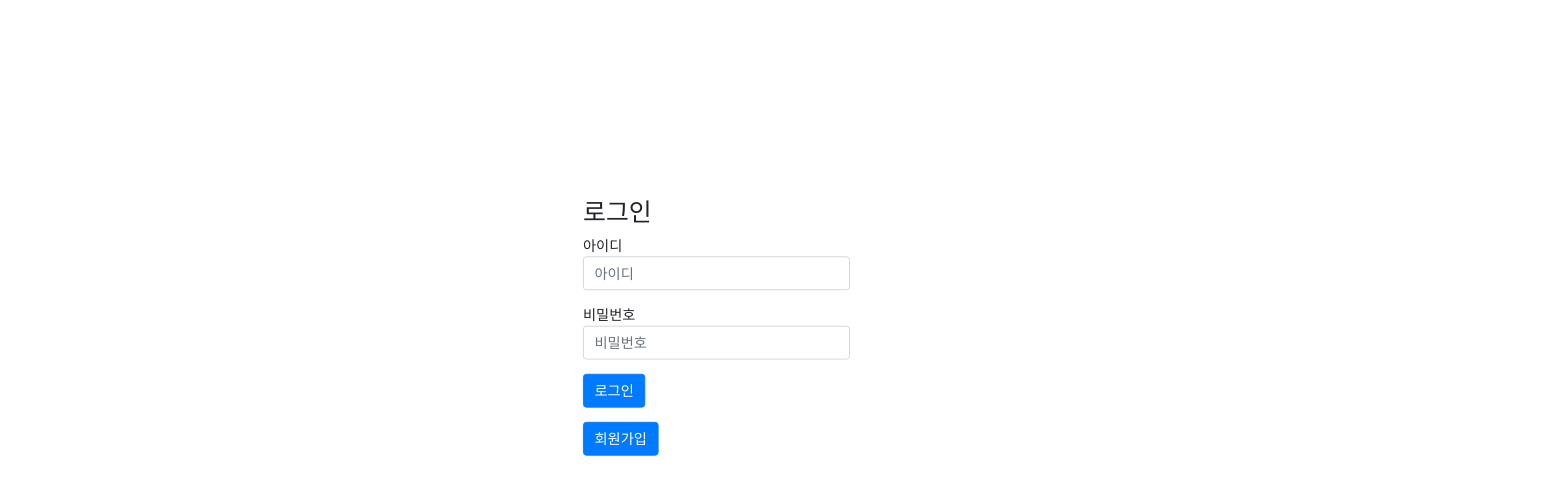
Repository: Seongjoo-Shin/webServer
Page: http://localhost/project/project/login.jsp
These files come from the project's save history. The page is drawn as it stood at one moment and after the next save; the edit follows.
The browser window is 1280 px wide. The page is 1750 px wide, then 1639 px, so the pictures cover 1750 px, including what lies to the right of the window. The pictures show the whole page, at 89% of full size.
The page is served by Tomcat 9.

Above is the page before, as saved 2021-06-14 05:21:46.

After the next save:
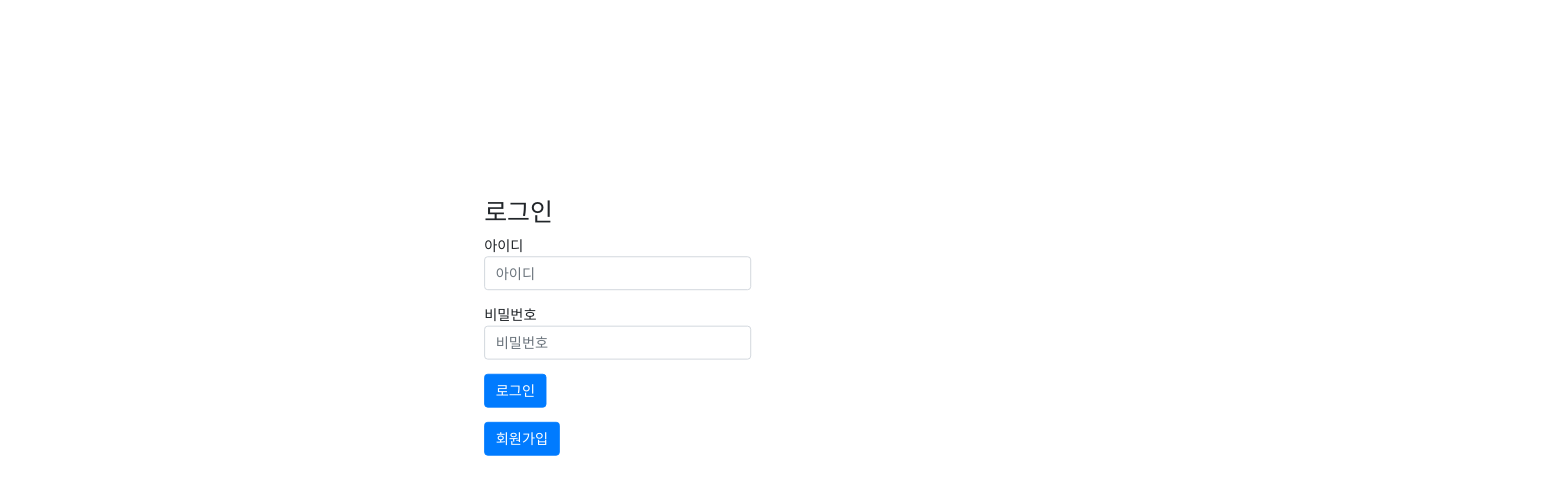
Saved 4 s later.
--- a/20165514_신성주_웹서버구축_프로젝트_소스코드/project/WebContent/project/login.jsp
+++ b/20165514_신성주_웹서버구축_프로젝트_소스코드/project/WebContent/project/login.jsp
@@ -9,7 +9,7 @@
 </head>
 <body>
 	<div class="container">
-		<div class="col-lg" style="margin:20% auto auto 50%; border=solid 1;">
+		<div class="col-lg" style="margin:20% auto auto 40%; border=solid 1;">
 		<h3>로그인</h3>
 		<form method="post" action="login_process.jsp">
 			<p>아이디<input type="text" name="user_id" class="form-control" placeholder="아이디" style="width:300px;"></p>
